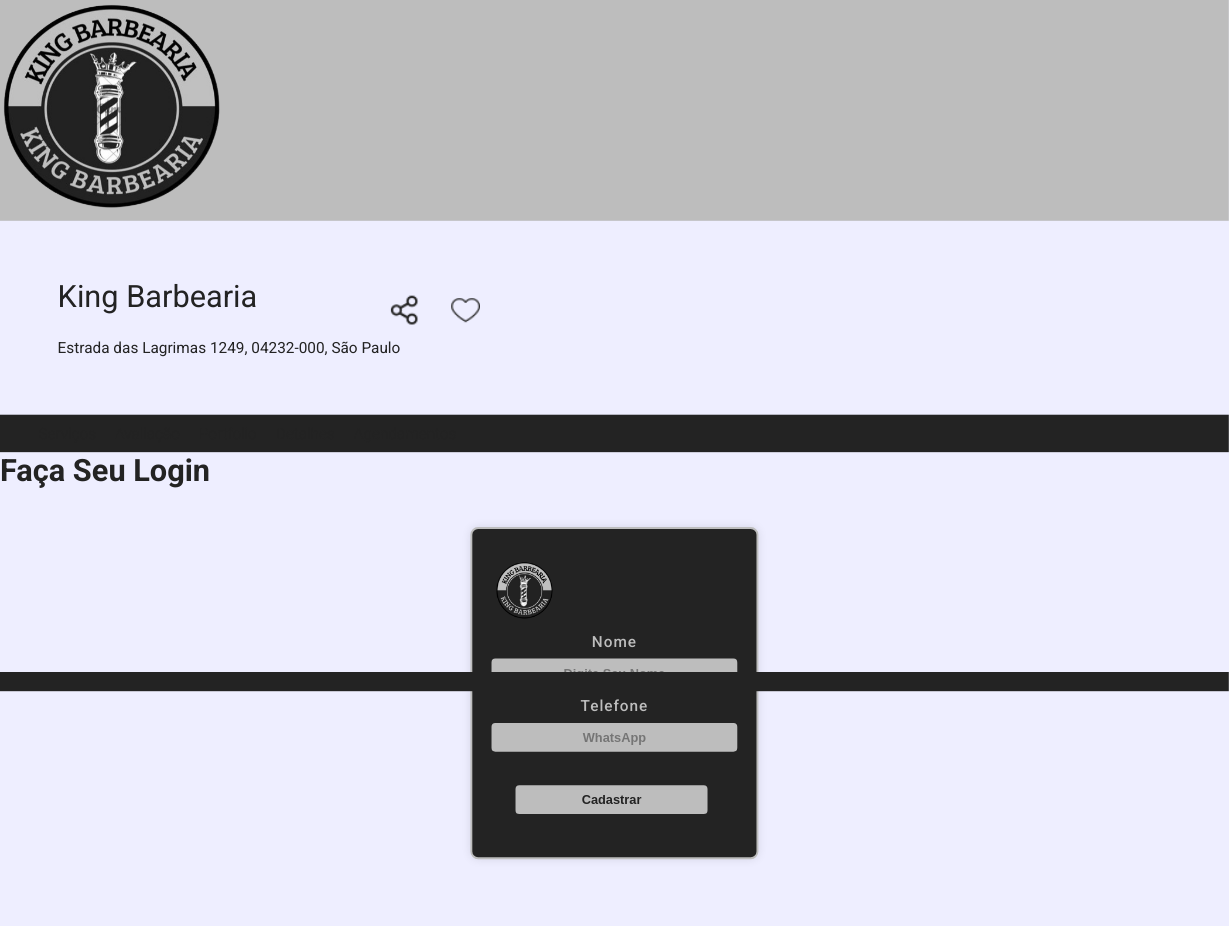
Repository: king-barbearia/king-barbearia-agendamento
Page: login.html
The author's editor kept a copy of each file at every save. The page is drawn from the files as they stood at one save, then again after the next save.
The browser window is 1280 px wide. The pictures show the whole page, at 96% of full size.

Above is the page before, as saved 2024-07-17 15:01:52.
Console error: TypeError: Cannot read properties of null (reading 'addEventListener')

After the next save:
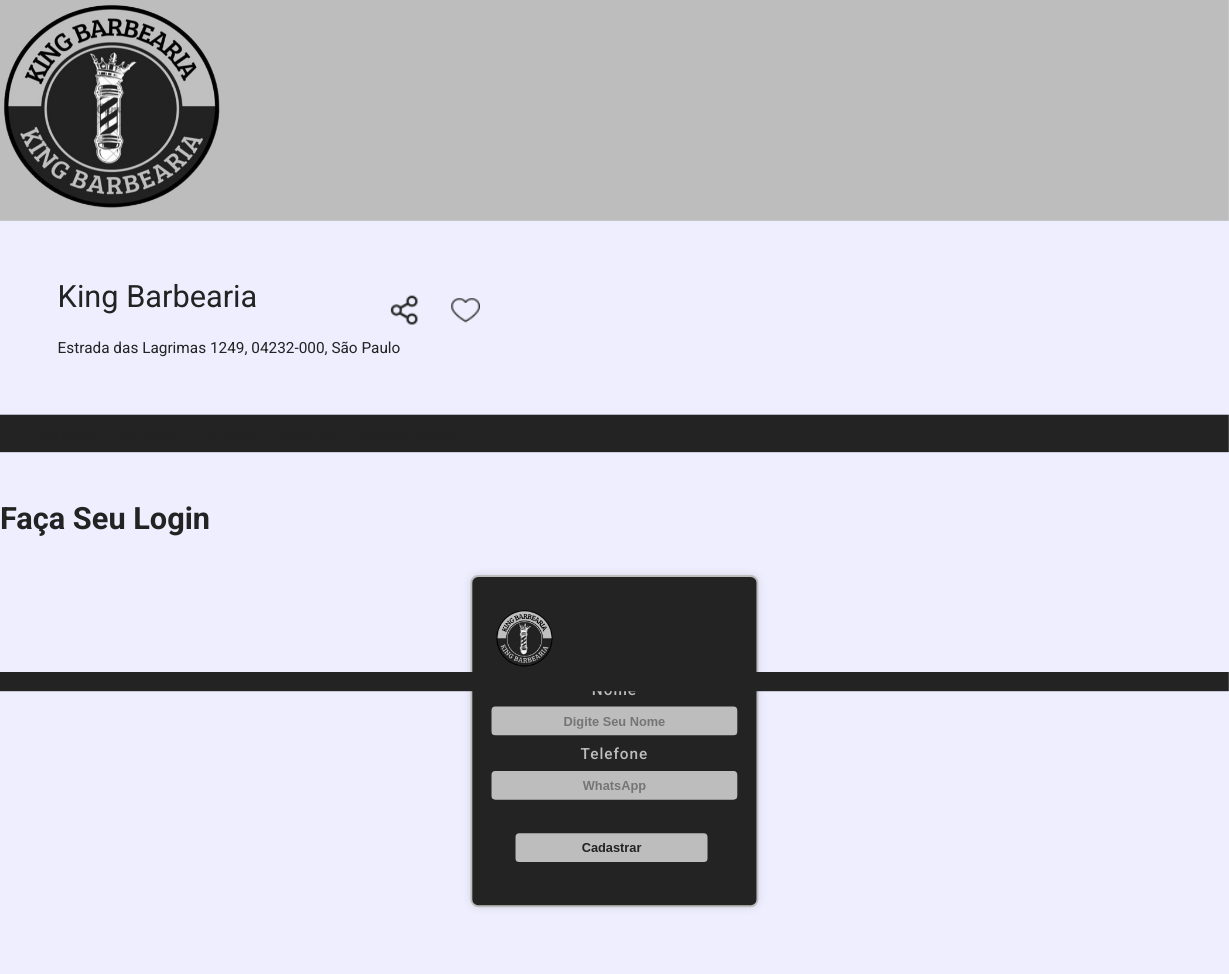
Saved 7 s later.
--- a/login.html
+++ b/login.html
@@ -32,7 +32,9 @@
       h1 {
         color: #232323;
       }
-			#login
+			#login-form {
+				margin-top: 50px;
+			}
     </style>
     <title>Cadastro De Usuarios</title>
   </head>
